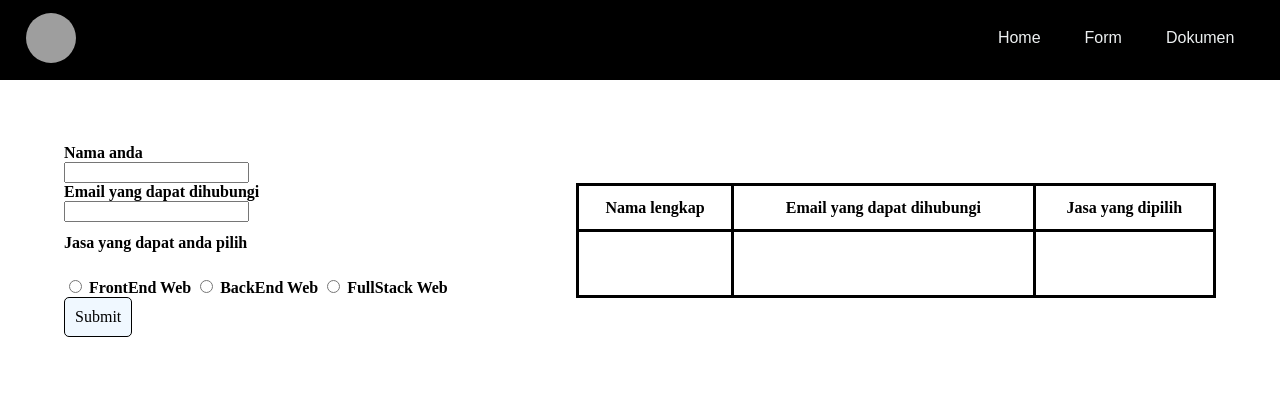
Repository: zecht12/TimModul
Page: TimModul.html
An editor plug-in stored every save of this project. The page is shown before and after a run of saves, followed by the edit.
The browser window is 1280 px wide. The pictures show the whole page.
Pictures or frames that could not be fetched are drawn as grey boxes.

Above is the page before, as saved 2023-03-14 13:42:57.

### TimModul.html
<!DOCTYPE html>
<html lang="en">
<head>
    <meta charset="UTF-8">
    <meta http-equiv="X-UA-Compatible" content="IE=edge">
    <meta name="viewport" content="width=device-width, initial-scale=1.0">
    <link rel="stylesheet" href="style.css">
    <title>Jasa Coding</title>
</head>
<body>
    <div style="height: 80px; width: 100%; background-color: black;">
        <header>
            <img src="./assets/wallpaper.jpg" alt="Image" style="height: 50px; width: 50px; border-radius: 100%;" >
            <ul class="nav_links">
                <li><a href="#">Home</a></li>
                <li><a href="#">Form</a></li>
                <li><a href="#">Dokumen</a></li>
            </ul>
        </headers>
    </div>
    <div class="forms">
        <form>
            <label for="Nama" class="Labelnama">Nama anda</label><br>
            <input type="text" id="Nama" name="Nama" class="Nama"><br>

            <label for="Email" class="Labelemail">Email yang dapat dihubungi</label><br>
            <input type="text" id="Email" name="Email" class="Email"><br>

            <p for="Pilihan" class="Pilihan">Jasa yang dapat anda pilih</p><br>
            <div style="padding-top: 2%;">
                <input type="radio" id="FrontEnd" name="fav_language" value="FrontEnd">
                <label for="FrontEnd">FrontEnd Web</label>

                <input type="radio" id="BackEnd" name="fav_language" value="BackEnd">
                <label for="BackEnd">BackEnd Web</label>

                <input type="radio" id="FullStack" name="fav_language" value="FullStack">
                <label for="FullStack">FullStack Web</label><br>
            </div>

            <input type="submit" value="Submit" class="Button">
        </form>
        <table style="width: 50%; border-collapse: collapse;">
            <tr>
                <th>Nama lengkap</th>
                <th>Email yang dapat dihubungi</th>
                <th>Jasa yang dipilih</th>
            </tr>
            <tr>
                <td></td>
                <td></td>
                <td></td>
            </tr>
        </table>
    </div>
</body>
</html>

### style.css
body{
    height: auto;
    width: 100%;
    margin: auto;
    padding: auto;
}
header{
    display: flex;
    align-items: center;
    justify-content: space-between;
    padding-left: 2%;
    padding-right: 2%;
    padding-top: 1%;
}
li, a, button{
    font-family: "Montserrat", sans-serif;
    font-size: 16px;
    color: #edf0f1;
    text-decoration: none;
}
.nav_links{
    list-style: none;
}
.nav_links li{
    display: inline-block;
    padding: 0px 20px;
}
.nav_links li a:hover{
    color: #0088a9;
}
.forms{
    height: auto;
    width: 100%;
    display: flex;
    justify-content: space-around;
    align-items: center;
    padding-top: 5%;
}
th{
    height: 30px;
    text-align: center;
    color: black;
    font: bold;
    border-style:solid;
    border-color: black;
    padding: 1%;
}
td{padding: 1%;
    height: 50px;
    text-align: center;
    color: black;
    border-style:solid;
    border-color: black;
}
label {
    color: black;
    font-weight: bold;
    width: 130px;
}
.Button {
    padding: 10px;
    border: 1px solid black;
    background-color:aliceblue;
    border-radius: 5px;
    font: inherit;
    cursor: pointer;
}
.Button:hover{
    border: 1px solid #0088a9;
    background-color:#0088a9;
    cursor: pointer;
}
.Pilihan{
    margin: auto;
    padding-top: 3%;
    font-weight: bold;
    color: black;
}

After the next 3 saves:
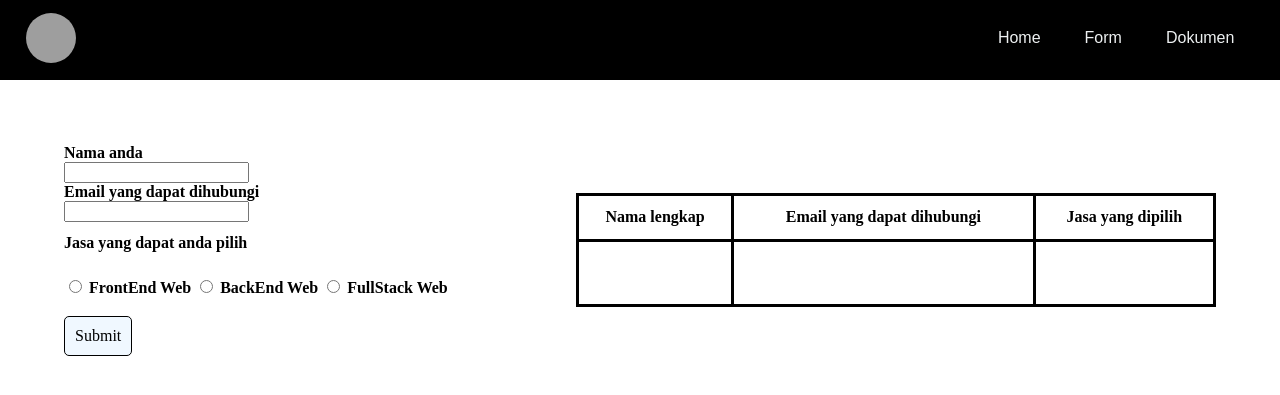
The 3 saves are shown as one change because they came seconds apart.
The last was saved 12 s later.
--- a/TimModul.html
+++ b/TimModul.html
@@ -27,7 +27,7 @@
             <input type="text" id="Email" name="Email" class="Email"><br>
 
             <p for="Pilihan" class="Pilihan">Jasa yang dapat anda pilih</p><br>
-            <div style="padding-top: 2%;">
+            <div style="padding-top: 2%; padding-bottom: 5%;">
                 <input type="radio" id="FrontEnd" name="fav_language" value="FrontEnd">
                 <label for="FrontEnd">FrontEnd Web</label>
 
